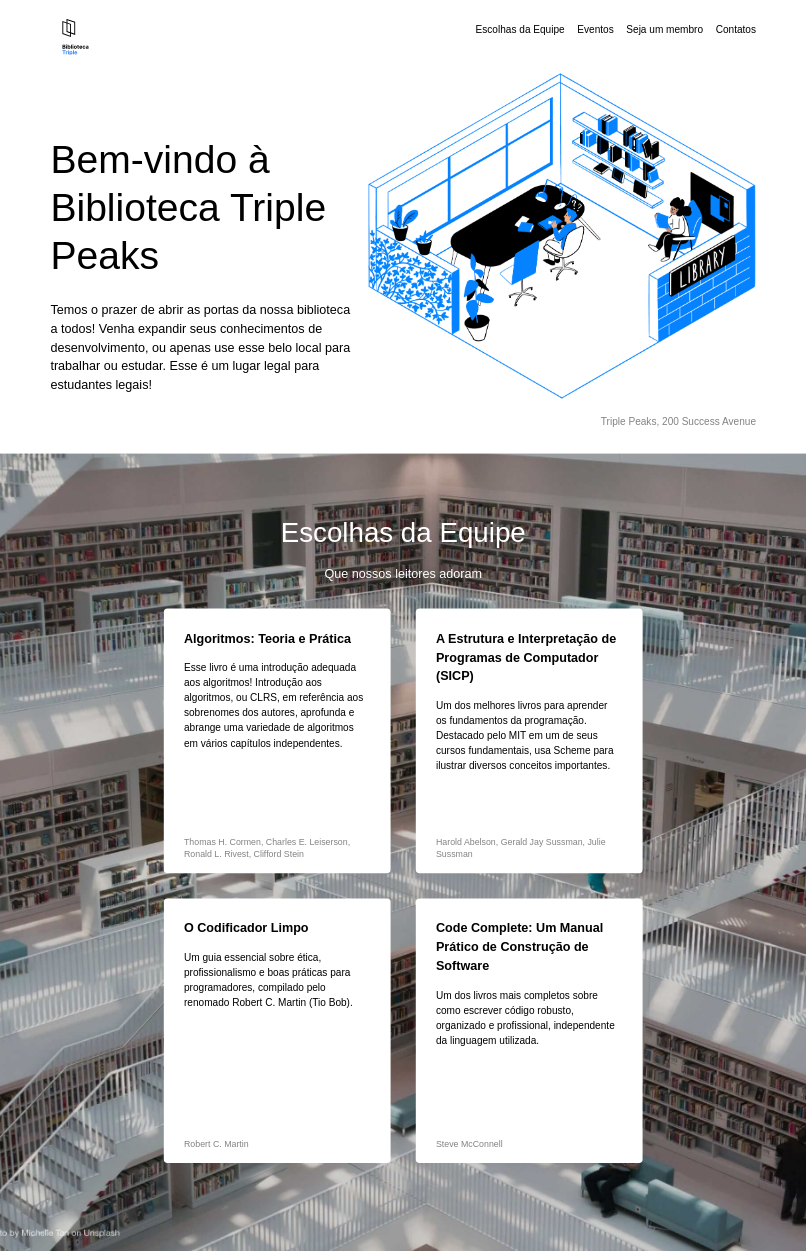
Repository: thainagomesc/web_project_library_pt
Page: index.html
The author's editor kept a copy of each file at every save. The page is drawn from the files as they stood at one save, then again after the next save.
The browser window is 1280 px wide. The pictures show the whole page, at 63% of full size.

Above is the page before, as saved 2025-12-28 19:46:40.

### index.html
<!DOCTYPE html>
<html lang="pt">
  <head>
    <meta charset="UTF-8" />
    <meta name="viewport" content="width=device-width, initial-scale=1.0" />
    <title>Biblioteca Triple Peaks</title>
    <link rel="shortcut icon" href="favicon.ico" />
    <link rel="stylesheet" href="./vendor/normalize.css" />
    <link rel="stylesheet" href="./styles/style.css" />
  </head>

  <body>
    <div class="page">
      <header class="header">
        <nav class="nav">
          <img
            src="./images/logo.svg"
            alt="Logotipo da Biblioteca Triple Peaks"
            class="nav__logo"
          />

          <ul class="nav__links">
            <li><a class="nav__link" href="#staff">Escolhas da Equipe</a></li>
            <li><a class="nav__link" href="#">Eventos</a></li>
            <li><a class="nav__link" href="#">Seja um membro</a></li>
            <li><a class="nav__link" href="#">Contatos</a></li>
          </ul>
        </nav>

        <div class="header__content">
          <div>
            <h1 class="header__title">Bem-vindo à Biblioteca Triple Peaks</h1>
            <p class="header__description">
              Temos o prazer de abrir as portas da nossa biblioteca a todos! Venha expandir
              seus conhecimentos de desenvolvimento, ou apenas use esse belo local para trabalhar
              ou estudar. Esse é um lugar legal para estudantes legais!
            </p>
          </div>
          <img
            src="./images/inside_the_library.png"
            alt="Ilustração 'Dentro da biblioteca'"
            class="header__image"
          />
        </div>

        <div class="header__footer">
          <p class="header__address">Triple Peaks, 200 Success Avenue</p>
        </div>
      </header>

      <main class="content">
        <section class="staff" id="staff">
          <h2 class="staff__title">Escolhas da Equipe</h2>
          <p class="staff__subtitle">Que nossos leitores adoram</p>

          <ul class="staff__cards">

            <li class="card">
              <div class="card__content">
                <h3 class="card__title">Algoritmos: Teoria e Prática</h3>
                <p class="card__text">
                  Esse livro é uma introdução adequada aos algoritmos! Introdução aos algoritmos,
                  ou CLRS, em referência aos sobrenomes dos autores, aprofunda e abrange uma
                  variedade de algoritmos em vários capítulos independentes.
                </p>
                <p class="card__footer">
                  Thomas H. Cormen, Charles E. Leiserson, Ronald L. Rivest, Clifford Stein
                </p>
              </div>
            </li>

            <li class="card">
              <div class="card__content">
                <h3 class="card__title">
                  A Estrutura e Interpretação de Programas de Computador (SICP)
                </h3>
                <p class="card__text">
                  Um dos melhores livros para aprender os fundamentos da programação. Destacado
                  pelo MIT em um de seus cursos fundamentais, usa Scheme para ilustrar diversos
                  conceitos importantes.
                </p>
                <p class="card__footer">
                  Harold Abelson, Gerald Jay Sussman, Julie Sussman
                </p>
              </div>
            </li>

            <li class="card">
              <div class="card__content">
                <h3 class="card__title">
                  O Codificador Limpo
                </h3>
                <p class="card__text">
                  Um guia essencial sobre ética, profissionalismo e boas práticas para programadores,
                  compilado pelo renomado Robert C. Martin (Tio Bob).
                </p>
                <p class="card__footer">Robert C. Martin</p>
              </div>
            </li>

            <li class="card">
              <div class="card__content">
                <h3 class="card__title">
                  Code Complete: Um Manual Prático de Construção de Software
                </h3>
                <p class="card__text">
                  Um dos livros mais completos sobre como escrever código robusto, organizado e
                  profissional, independente da linguagem utilizada.
                </p>
                <p class="card__footer">Steve McConnell</p>
              </div>
            </li>
          </ul>
        </section>
      </main>
    </div>
  </body>
</html>

### styles/style.css
.page {
  min-width: 1100px;
  max-width: 1600px;
  margin: 0 auto;
  font-family: Arial, sans-serif;
  font-size: 16px;
  line-height: 20px;
}

.header {
  display: flex;
  flex-direction: column;
  height: 100vh;
  min-height: 720px;
  max-height: 800px;
  padding: 30px 80px 40px;
  position: relative;
  box-sizing: border-box;
}

.nav {
  display: flex;
  justify-content: space-between;
}

.nav__logo {
  width: 80px;
  height: 58px;
}

.nav__links {
  list-style-type: none;
  padding: 0;
  margin: 8px 0 0;
  display: flex;
  column-gap: 20px;
}

.nav__link {
  color: #000000;
  text-decoration: none;
}

.header__content {
  display: flex;
  justify-content: space-between;
}

.header__title {
  max-width: 635px;
  margin: 128px 0 32px;
  font-size: 62px;
  line-height: 76px;
  font-weight: 500;
}

.header__description {
  max-width: 515px;
  margin: 0;
  font-size: 20px;
  line-height: 30px;
}

.header__image {
  max-width: 636px;
}

.header__footer {
  margin-top: auto;
  width: 100%;
  display: flex;
  align-items: center;
  justify-content: flex-end;
  box-sizing: border-box;
}

.header__link {
  color: #2f80ed;
  text-decoration: none;
}

.header__address {
  margin: 0;
  color: #838383;
}

/* STAFF SECTION */

.staff {
  background-image: url("../images/staff_picks_background.jpg");
  background-position: center;
  background-size: cover;
  padding: 100px 0 140px;
}

.staff__title {
  text-align: center;
  font-size: 44px;
  line-height: 52px;
  font-weight: 400;
  margin: 0 0 24px;
  color: #ffffff;
}

.staff__subtitle {
  text-align: center;
  font-size: 20px;
  line-height: 30px;
  font-weight: 400;
  margin: 0;
  color: #ffffff;
}

.staff__cards {
  max-width: 760px;
  margin: 40px auto 0;
  padding: 0;
  list-style-type: none;
  display: flex;
  flex-wrap: wrap;
  justify-content: center;
  gap: 40px;
}

.card {
  background-color: #fff;
  border-radius: 6px;
  padding: 32px 40px 20px 32px;
  box-sizing: border-box;
  height: 420px;
  width: 360px;
  list-style-type: none;
}

.card__content {
  width: 100%;
  height: 100%;
  display: flex;
  flex-direction: column;
}

.card__title {
  font-size: 20px;
  line-height: 30px;
  font-weight: 700;
  margin: 0;
}

.card__text {
  margin: 20px 0 0;
  font-size: 16px;
  line-height: 24px;
}

.card__footer {
  margin: 0;
  font-size: 14px;
  line-height: 20px;
  color: #838383;
  margin-top: auto;
}

Loaded but not shown: vendor/normalize.css (library)

After the next save:
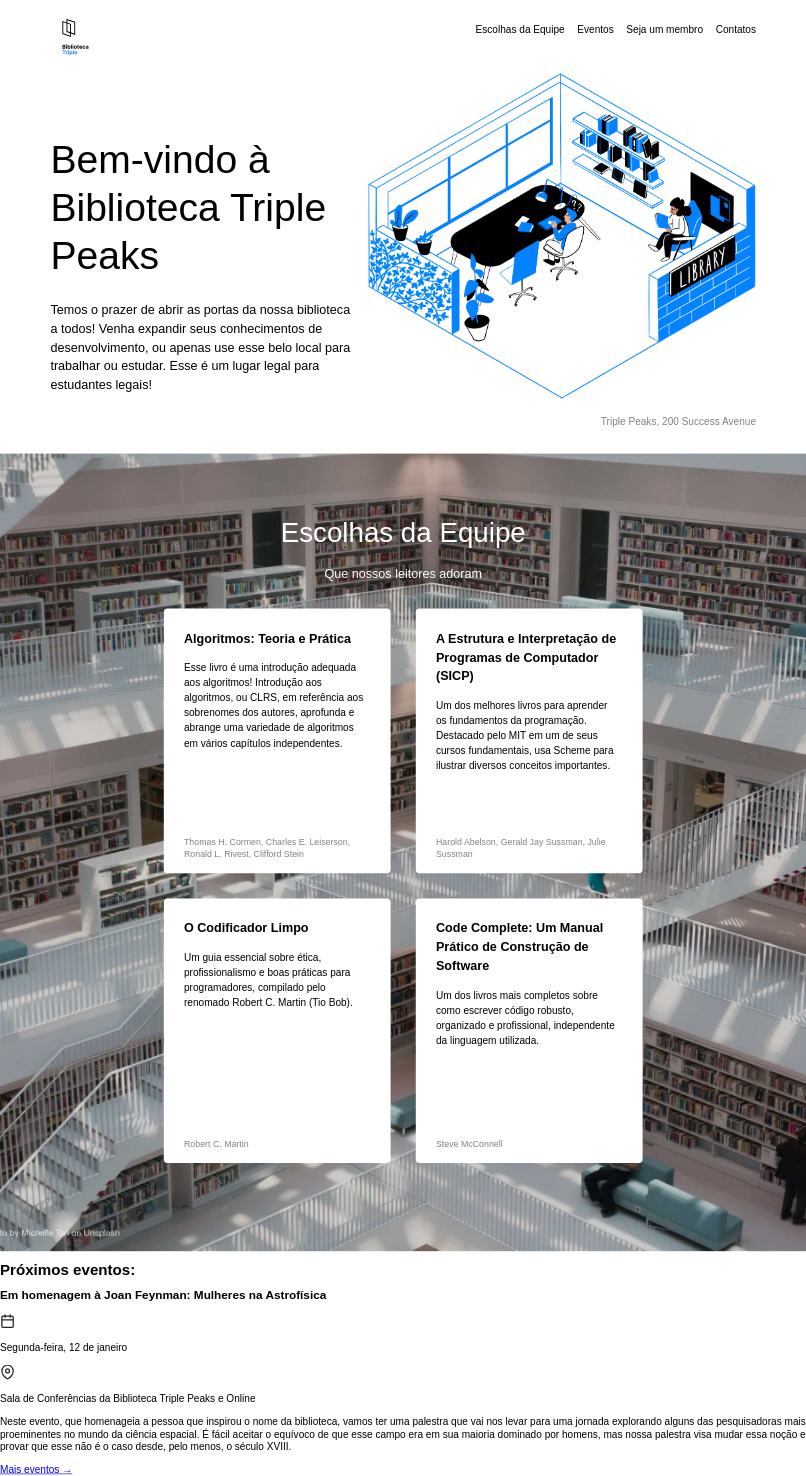
Saved 57 s later.
--- a/index.html
+++ b/index.html
@@ -112,6 +112,46 @@
             </li>
           </ul>
         </section>
+
+      <section class="events">
+        <div class="events__content">
+          <h2 class="events__heading">Próximos eventos:</h2>
+          <h3 class="events__title">
+          Em homenagem à Joan Feynman: Mulheres na Astrofísica
+          </h3>
+          <div class="event-info events__info-section">
+            <div class="event-info__item">
+              <img
+                src="./images/icon_calendar.svg"
+                alt="Calendar icon"
+                class="event-info__icon"
+              />
+              <p class="event-info__text">Segunda-feira, 12 de janeiro</p>
+            </div>
+            <div class="event-info__item">
+              <img
+                src="./images/icon_pin.svg"
+                alt="Pin icon"
+                class="event-info__icon"
+              />
+              <p class="event-info__text">
+                Sala de Conferências da Biblioteca Triple Peaks e Online
+              </p>
+            </div>
+          </div>
+          <p class="events__description">
+            Neste evento, que homenageia a pessoa que inspirou o nome da biblioteca, vamos ter uma
+            palestra que vai nos levar para uma jornada explorando alguns das pesquisadoras mais
+            proeminentes no mundo da ciência espacial. É
+            fácil aceitar o equívoco de que esse campo era em sua maioria
+            dominado por homens, mas nossa palestra visa mudar essa noção e
+            provar que esse não é o caso desde, pelo menos,
+            o século XVIII.
+          </p>
+          <a href="#" class="events__more">Mais eventos &rarr;</a>
+        </div>
+        <!-- Comece a criar a composição aqui -->
+        </section>
       </main>
     </div>
   </body>
